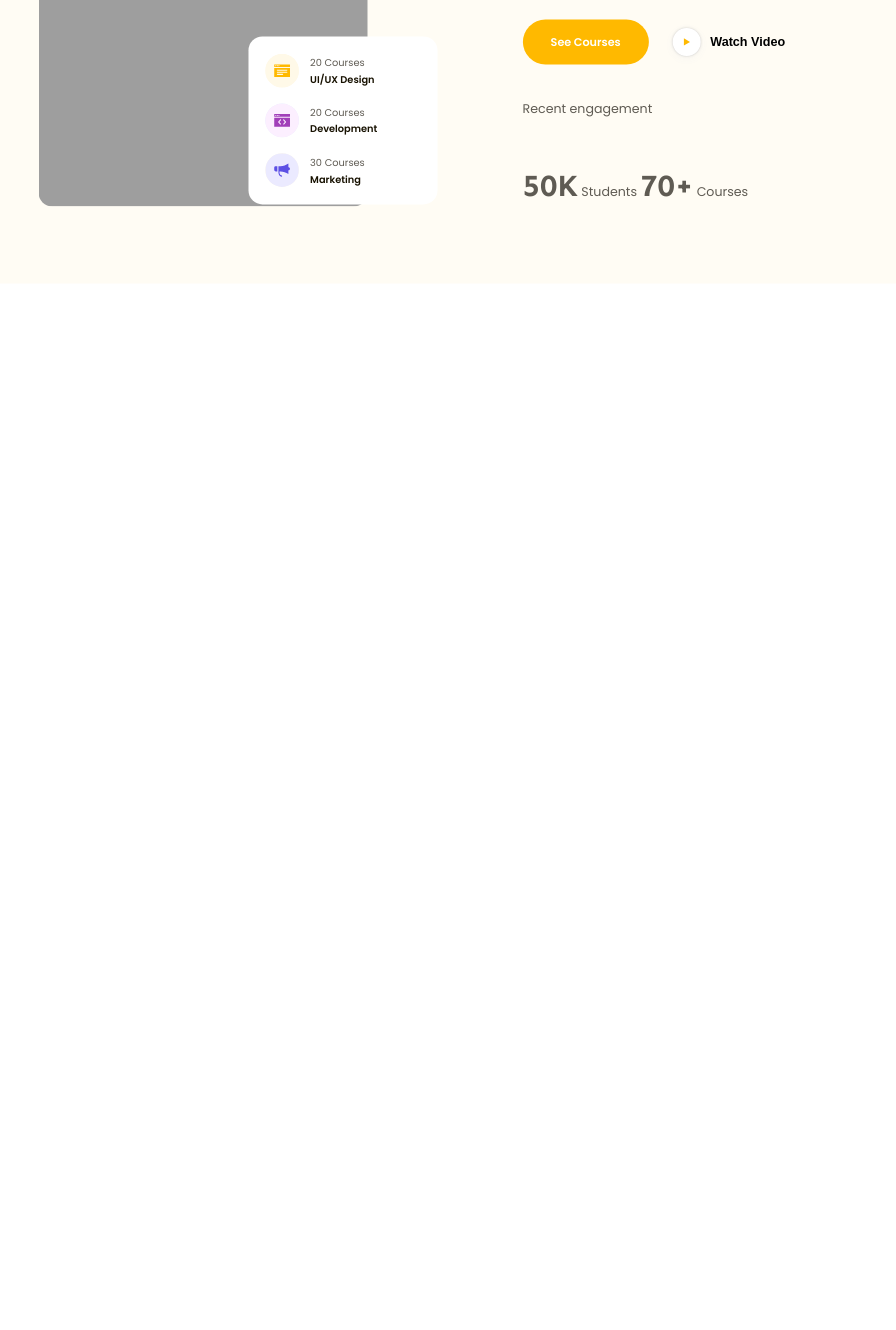
Repository: Toihoclaptrinh/duan1_figma
Page: index.html
These files come from the project's save history. The page is drawn as it stood at one moment and after the next save; the edit follows.
The browser window is 1280 px wide. The pictures show the part of the page from y = 540 to 2440 px (the page is 10000 px tall), at 70% of full size.
Pictures or frames that could not be fetched are drawn as grey boxes.

Above is the page before, as saved 2024-02-04 22:05:09.

After the next save:
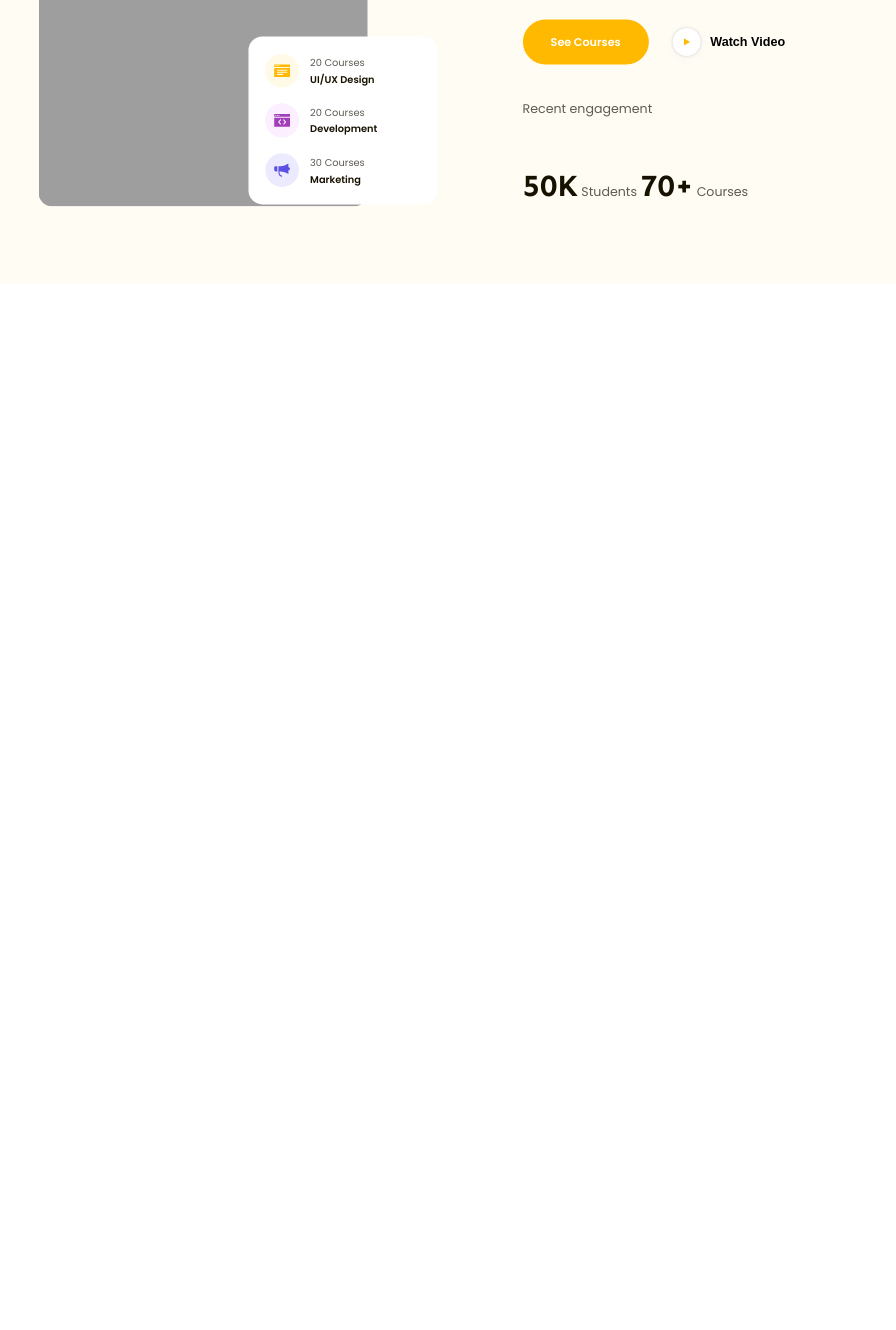
Saved 18 s later.
--- a/assets/css/style.css
+++ b/assets/css/style.css
@@ -261,4 +261,5 @@ a {
   font-size: 4.4rem;
   font-weight: 700;
   line-height: 3.37;
-}
+  color: #171100;
+}
